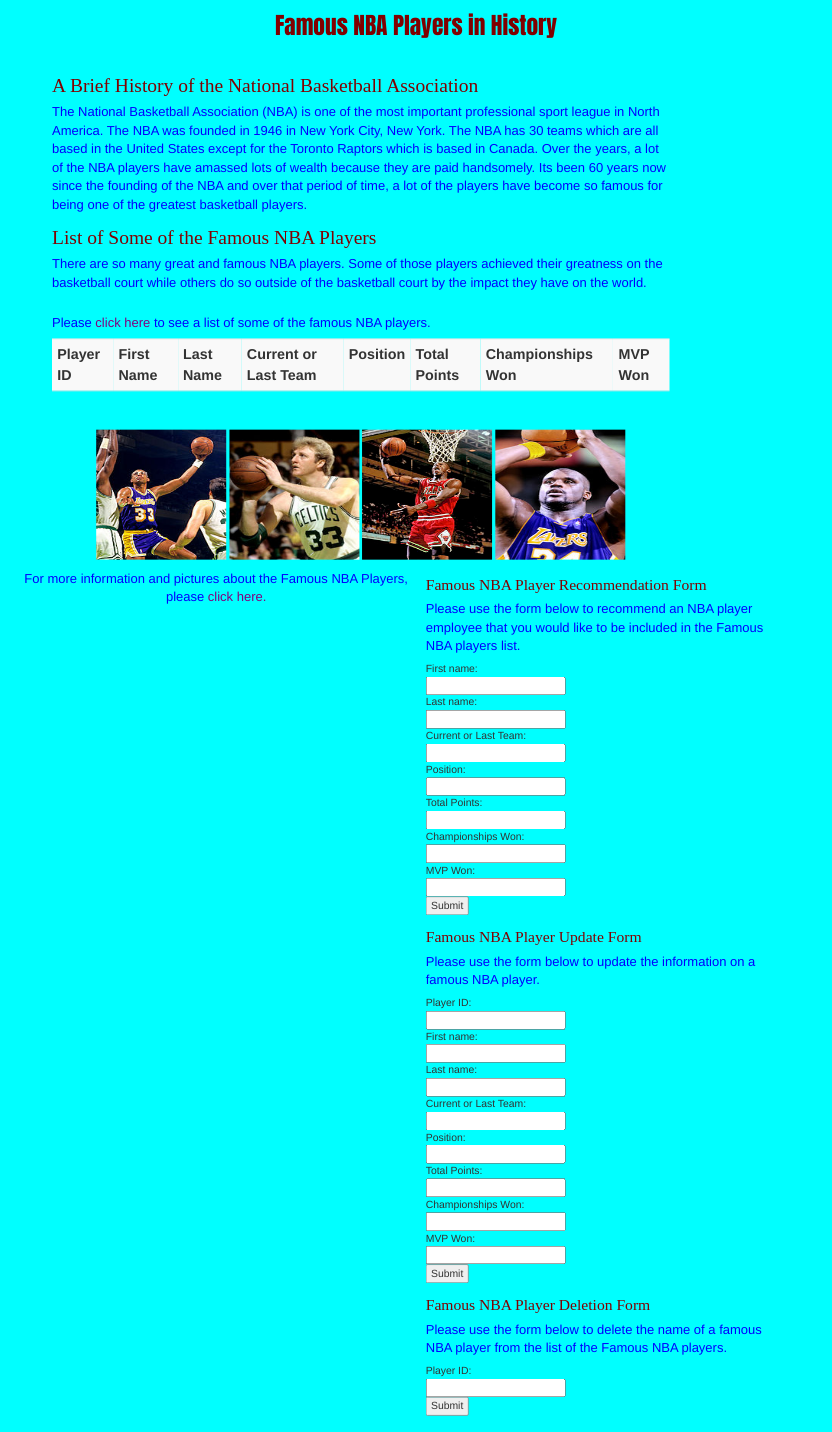
Repository: myjavaweb2/Week5JDBCAssignments
Page: myweek5project/src/main/webapp/indexplayer.html
These files come from the project's save history. The page is drawn as it stood at one moment and after the next save; the edit follows.
The browser window is 1280 px wide. The pictures show the whole page, at 65% of full size.

Above is the page before, as saved 2016-09-03 02:30:33.

After the next save:
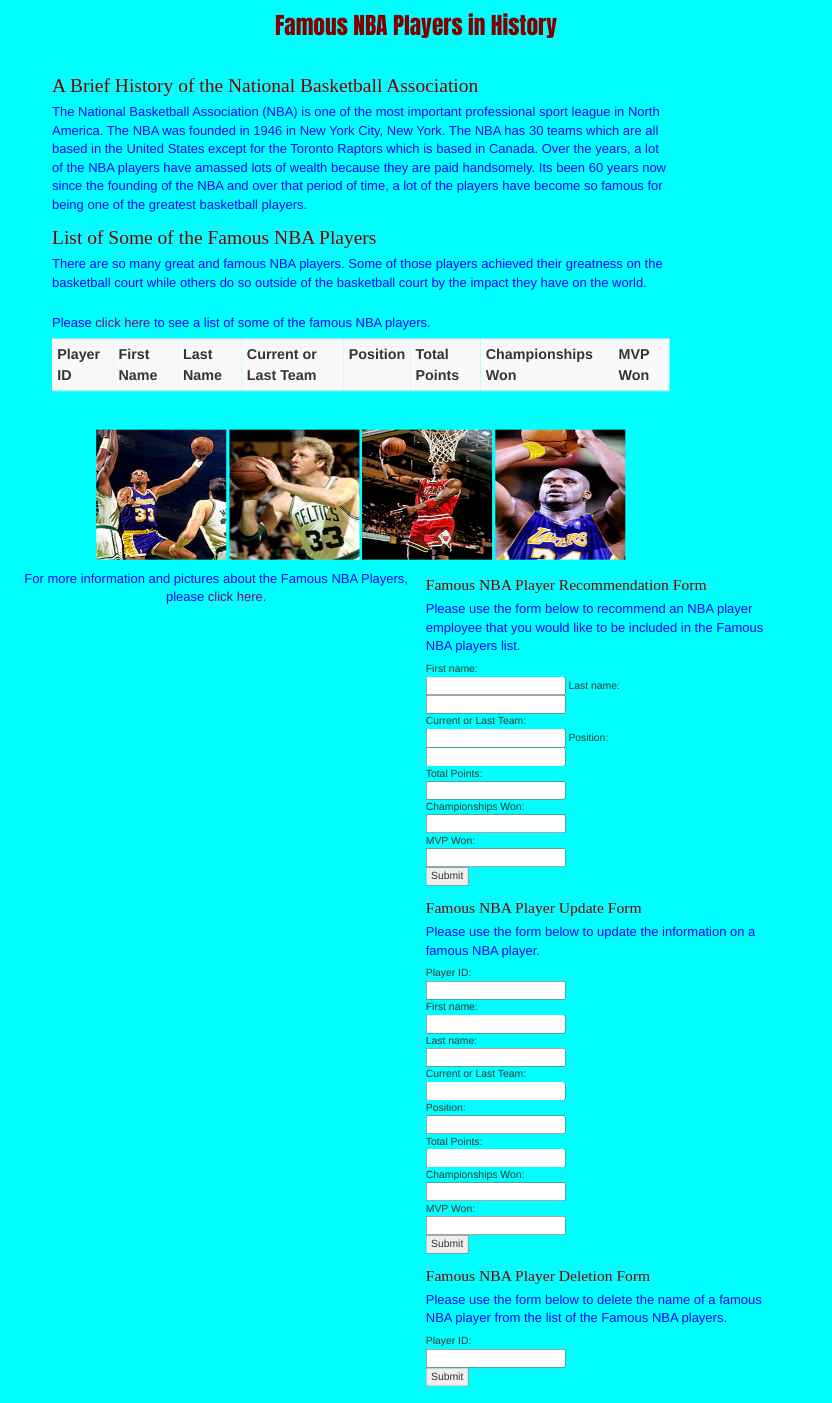
Saved 2 min 15 s later.
--- a/myweek5project/src/main/webapp/indexplayer.html
+++ b/myweek5project/src/main/webapp/indexplayer.html
@@ -86,10 +86,10 @@
 			that you would like to be included in the Famous NBA players list.</p>
 
 		<form action="addToDB" method="post">
-			First name:<br> <input type="text" name="first_name"><br>
+			First name:<br> <input type="text" name="first_name">
 			Last name:<br> <input type="text" name="last_name"><br>
 			Current or Last Team:<br> <input type="text"
-				name="current_last_team"><br> Position:<br> <input
+				name="current_last_team"> Position:<br> <input
 				type="text" name="position"><br> Total Points:<br>
 			<input type="text" name="total_points"><br>
 			Championships Won:<br> <input type="text"

After the save that followed:
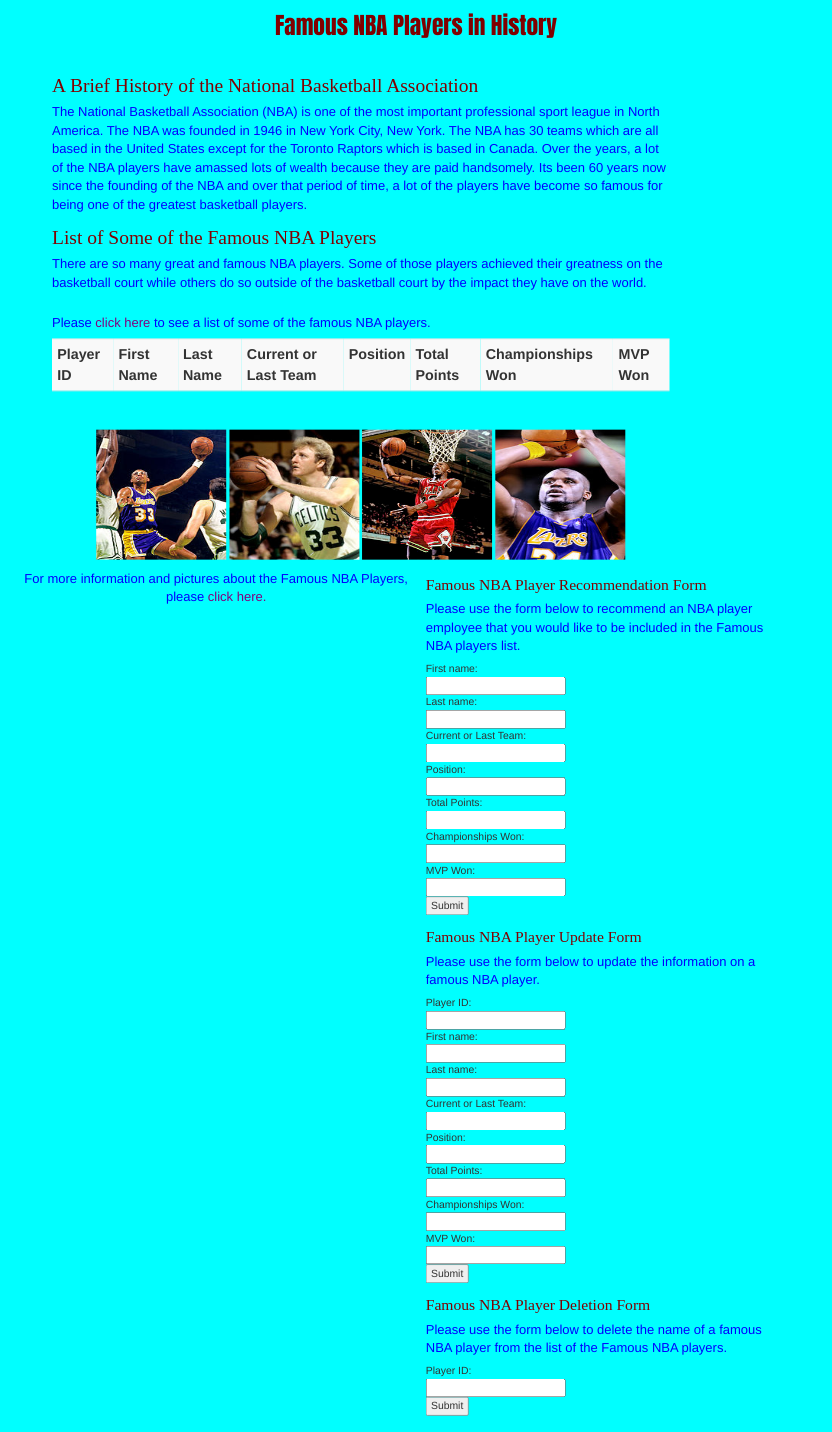
Saved 84 s later.
--- a/myweek5project/src/main/webapp/indexplayer.html
+++ b/myweek5project/src/main/webapp/indexplayer.html
@@ -86,10 +86,10 @@
 			that you would like to be included in the Famous NBA players list.</p>
 
 		<form action="addToDB" method="post">
-			First name:<br> <input type="text" name="first_name">
+			First name:<br> <input type="text" name="first_name"><br>
 			Last name:<br> <input type="text" name="last_name"><br>
 			Current or Last Team:<br> <input type="text"
-				name="current_last_team"> Position:<br> <input
+				name="current_last_team"><br> Position:<br> <input
 				type="text" name="position"><br> Total Points:<br>
 			<input type="text" name="total_points"><br>
 			Championships Won:<br> <input type="text"
